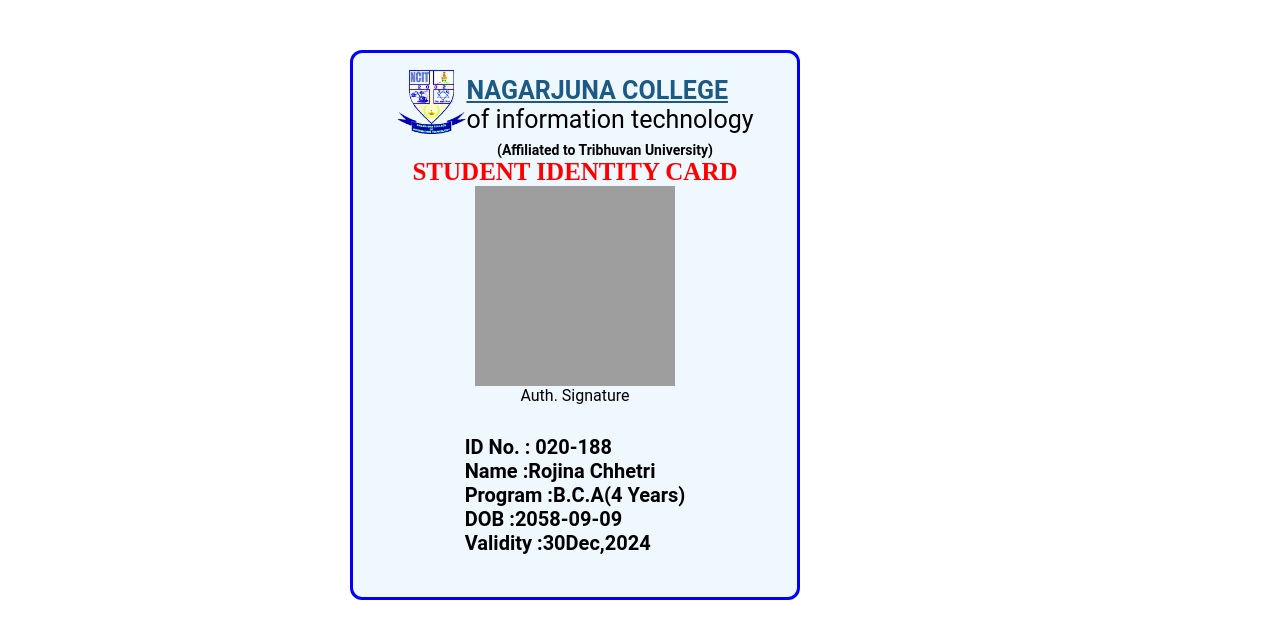
Repository: Rojinachhetri/roji
Page: rojina.html
These files come from the project's save history. The page is drawn as it stood at one moment and after the next save; the edit follows.
The browser window is 1280 px wide. The pictures show the whole page.
Pictures or frames that could not be fetched are drawn as grey boxes.

Above is the page before, as saved 2023-04-24 22:53:45.

### rojina.html
<!DOCTYPE html>
<html lang="en">

<head>
    <meta charset="UTF-8">
    <meta http-equiv="X-UA-Compatible" content="IE=edge">
    <meta name="viewport" content="width=device-width, initial-scale=1.0">
    <title>Nagrajuna college</title>
    <link rel="stylesheet" href="rojina.css">
</head>

<body>
    <div class="container">
        <div class="hero">
            <div class="card_logo">
                <img src="logo1.png" alt="logo" height="70px" width="70px">

            </div>
            <div class="hero_text">
                <div class="name">NAGARJUNA COLLEGE</div>
                <div class="class1">of information technology</div>
            </div>
        </div>

        <div class="header">(Affiliated to Tribhuvan University)
        </div>
        <div class="student">STUDENT IDENTITY CARD</div>
        <div class="hero1">
            <img src="./rojinaa.jpg" alt="picture" height="200px" width="200px">
            <div>Auth. Signature</div>
        </div>
        <div class="id">
            <div>ID No. : 020-188</div>
            <div>Name :Rojina Chhetri</div>
            <div>Program :B.C.A(4 Years)</div>
            <div>DOB :2058-09-09</div>
            <div>Validity :30Dec,2024</div>
        </div>

    </div>


</body>

</html>

### rojina.css
    * {
        box-sizing: border-box;
        padding: 0px;
        margin: 0px;
        font-family: RobotO, sans-serif;
    }

    .container {
        width: 450px;
        height: 550px;
        background-color: aliceblue;
        border: 3px solid blue;
        display: flex;
        flex-direction: column;
        align-items: center;
        margin: 50px 150px 50px 350px;
        padding: 0px 10px 10px 10px;
        border-radius: 12px 12px 12px 12px;
    }

    .hero {
        display: flex;
        flex-direction: row;
        align-items: center;
        margin-top: 15px;
    }

    .hero_text {
        font-size: 25px;
    }

    .hero_text .name {
        text-decoration: underline;
        color: #1c5a85;
        font-weight: bolder;
    }

    .header {
        font-size: 14px;
        font-weight: bold;
        margin-left: 60px;
    }

    .hero1 {
        display: flex;
        flex-direction: column;
        align-items: center;
    }

    .student {
        font-size: 25px;
        font-weight: bolder;
        font-family: 'Times New Roman', Times, serif;
        color: red;
    }

    .id {
        font-size: 20px;
        margin-top: 30px;
        font-weight: bold;
    }

After the next save:
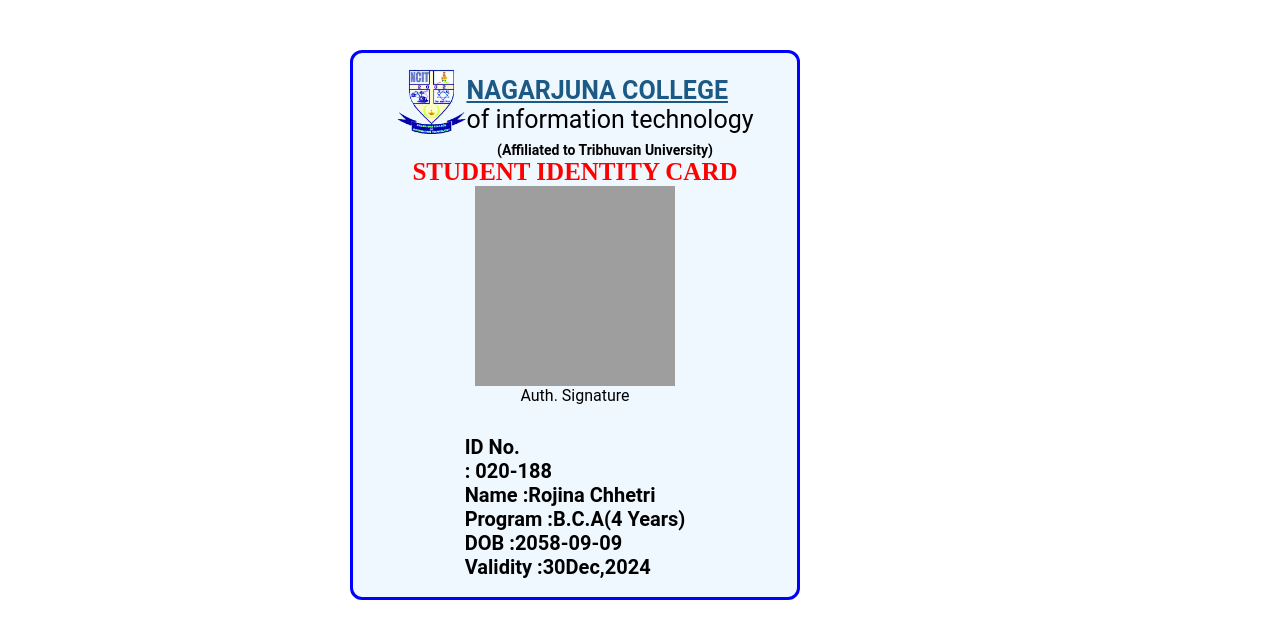
Saved 3 min 13 s later.
--- a/rojina.html
+++ b/rojina.html
@@ -14,23 +14,21 @@
         <div class="hero">
             <div class="card_logo">
                 <img src="logo1.png" alt="logo" height="70px" width="70px">
-
             </div>
             <div class="hero_text">
                 <div class="name">NAGARJUNA COLLEGE</div>
                 <div class="class1">of information technology</div>
             </div>
         </div>
-
-        <div class="header">(Affiliated to Tribhuvan University)
-        </div>
+        <div class="header">(Affiliated to Tribhuvan University)</div>
         <div class="student">STUDENT IDENTITY CARD</div>
         <div class="hero1">
             <img src="./rojinaa.jpg" alt="picture" height="200px" width="200px">
             <div>Auth. Signature</div>
         </div>
         <div class="id">
-            <div>ID No. : 020-188</div>
+            <div>ID No.</div>
+            <div>: 020-188</div>
             <div>Name :Rojina Chhetri</div>
             <div>Program :B.C.A(4 Years)</div>
             <div>DOB :2058-09-09</div>

After the save that followed:
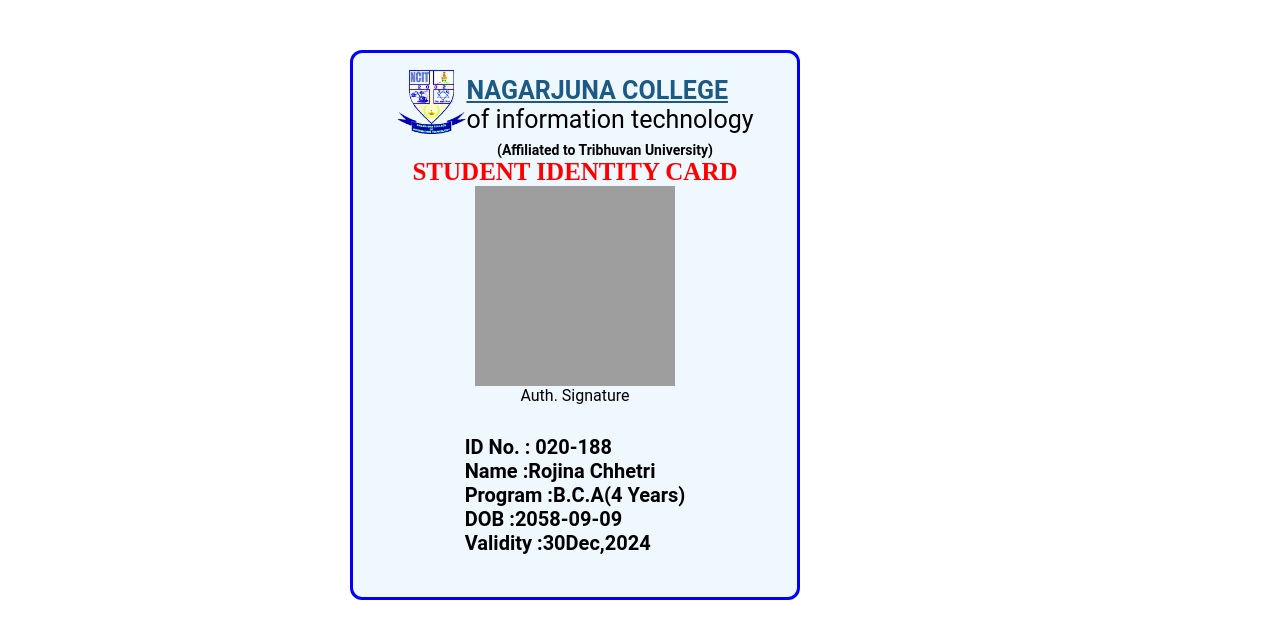
Saved 37 s later.
--- a/rojina.html
+++ b/rojina.html
@@ -27,8 +27,8 @@
             <div>Auth. Signature</div>
         </div>
         <div class="id">
-            <div>ID No.</div>
-            <div>: 020-188</div>
+            <div>ID No. : 020-188</div>
+
             <div>Name :Rojina Chhetri</div>
             <div>Program :B.C.A(4 Years)</div>
             <div>DOB :2058-09-09</div>
